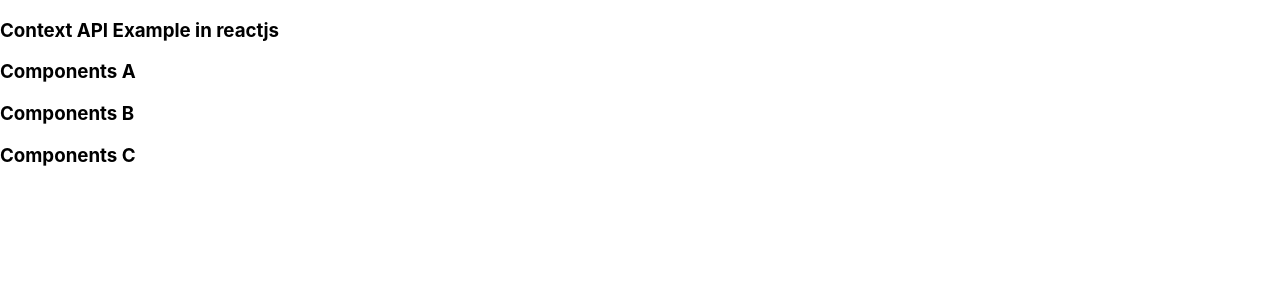
Repository: lalji-yadav/React-Context-API
Page: /a
The author's editor kept a copy of each file at every save. The page is drawn from the files as they stood at one save, then again after the next save.
The browser window is 1280 px wide. The pictures show the whole page.
The project was rebuilt for these pictures with package versions that can differ from the ones it lists, and the page was loaded fresh each time. Also part of the build but not shown: src/App.css.

Above is the page before, as saved 2021-02-11 13:34:43.

### src/App.js
import  React,{ useState } from 'react';
import './App.css';
import {
  BrowserRouter as Router,
  Switch,
  Route,
  Link
} from "react-router-dom";
import A from "./components/A";


export const ThemeContext = React.createContext()

function App() {

  const [data, setData] = useState({
    name: "Lalji Yadav Kamasin",
    mob:"8726650277",
    email:'lalji@gmail.com'
  })

 const changeStates=()=> {
    setData({
      name:"Change value Name Lalji to Anubhav Kumar yadav",
      mob:"1234567890",
      email:'12lalji@gmail.com'
    })
  }
  const contextValues = {
    data: data,
    changeStates: changeStates
  }

  return (
    <div>
      <h3> Context API Example in reactjs  </h3>

      {/* <ThemeContext.Provider value={contextValues}>
        <Home />
      </ThemeContext.Provider> */}

      <Router>
        <Switch>
          <Route exact path="/a" component={A} />
        </Switch>
      </Router>

    </div>
  );
}

export default App;

### src/components/A.js
import React from 'react';
import B from "./B";

const A = (props) => {
    console.log(props)
    return (
        <div>
             <h3> Components A </h3>
              <p>{props.name}</p>
             <B nam={props.name} />
        </div>
    );
};

export default A;

### src/components/B.js
import React from 'react';
import C from "./C";

const B = () => {

    return (
        <div>
             <h3> Components B </h3>
             <C />
        </div>
    );
};

export default B;

### src/components/C.js
import React from 'react';

const C = (props) => {

    console.group(props)
    return (
        <div>
             <h3> Components C </h3>
             <h1>{props.nam}</h1>
        </div>
    );
};

export default C;

Loaded but not shown: public/index.html (common file); src/index.js (common file); src/index.css (common file); src/reportWebVitals.js (common file)

After the next save:
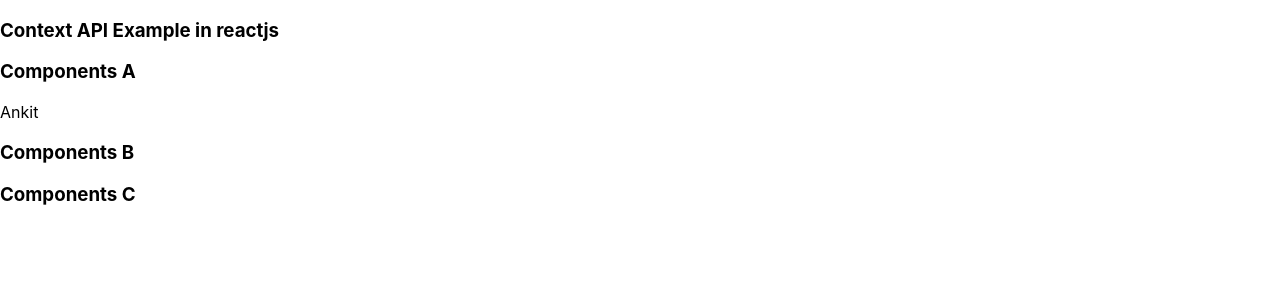
Saved 109 s later.
--- a/src/components/A.js
+++ b/src/components/A.js
@@ -1,12 +1,16 @@
-import React from 'react';
+import React, { useState } from 'react';
 import B from "./B";
 
 const A = (props) => {
+
+    const [values, setValues] = useState({
+        name:'Ankit'
+    })
     console.log(props)
     return (
         <div>
              <h3> Components A </h3>
-              <p>{props.name}</p>
+              <p>{values.name}</p>
              <B nam={props.name} />
         </div>
     );
